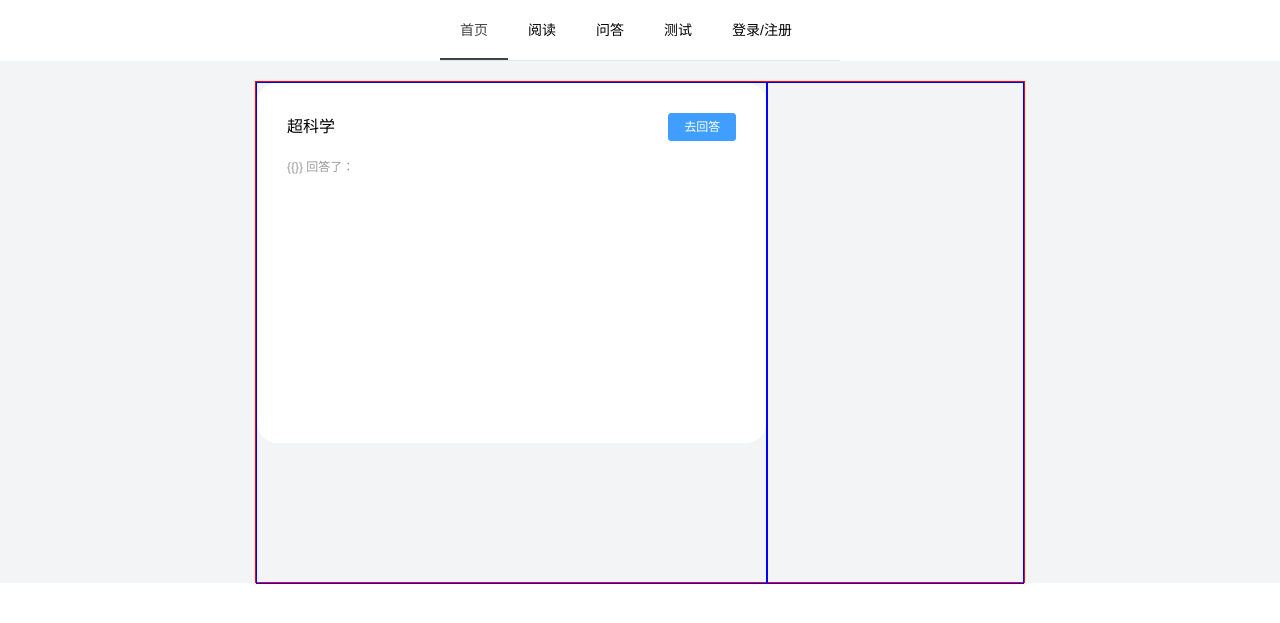
Repository: shengligo/xyx_vue_v1
Page: /qs
An editor plug-in stored every save of this project. The page is shown before and after the next save, followed by the edit.
The browser window is 1280 px wide. The pictures show the whole page.
The project was rebuilt for these pictures with package versions that can differ from the ones it lists, and the page was loaded fresh each time. Also part of the build but not shown: vue.config.js, src/views/home/childComps/Art.vue, src/views/author/authors.vue.

Above is the page before, as saved 2021-09-04 16:12:19.

### public/index.html
<!DOCTYPE html>
<html lang="">
  <head>
    <meta charset="utf-8">
    <meta http-equiv="X-UA-Compatible" content="IE=edge">
    <meta name="viewport" content="width=device-width,initial-scale=1.0">
    <link rel="icon" href="<%= BASE_URL %>favicon.ico">
    <title>project0000001</title>
  </head>
  <body>
    <noscript>
      <strong>We're sorry but <%= htmlWebpackPlugin.options.title %> doesn't work properly without JavaScript enabled. Please enable it to continue.</strong>
    </noscript>
    <div id="app"></div>
    <!-- built files will be auto injected -->
  </body>
</html>

### src/main.js
import Vue from 'vue'
import App from './App.vue'
import router from './router'
import store from './store'
import 'element-ui/lib/theme-chalk/index.css';
import axios from "axios";
axios.defaults.baseURL = "/api"; // http://10.1.2.85:8091/essay
axios.defaults.headers.common["Content-Type"] ="application/json;charset=UTF-8";
axios.defaults.withCredentials = true // 表示跨域请求时是否需要使用凭证
Vue.prototype.$ajax = axios;
import ElementUI from 'element-ui'

Vue.config.productionTip = false
Vue.use(ElementUI)

new Vue({
  router,
  store,
  render: h => h(App)
}).$mount('#app')

### src/App.vue
<template>
  <div id="app">
    <nav-bar ></nav-bar>
    <!-- <carousel></carousel> -->
    <!-- <art></art> -->


    <router-view></router-view>

  </div>
</template>
<script>

import NavBar from './components/common/NavBar'
import Art from '@/views/home/childComps/Art'
// import Carousel from '@/components/common/Carousel'


export default {
  name: "app",
  components:{
    NavBar,
    Art,




  }
};
</script>



<style>
@import url('assets/css/normalize.css');
#app{
  font-family: "Helvetica Neue",Helvetica,"PingFang SC","Hiragino Sans GB","Microsoft YaHei","微软雅黑",Arial,sans-serif;
}



</style>

### src/router/index.js

import Vue from 'vue'
import VueRouter from 'vue-router'
import Auther from '../views/author/authors.vue'

const Home = () => import('../views/home/Home')

const Question = () => import('../views/questions/Question')
const Read = () => import('../views/read/Read')
const Test = () => import('../views/testing/Test')
const Login = () => import('../components/common/login/Login')
const originalPush = VueRouter.prototype.push

VueRouter.prototype.push = function push(location) {
  return originalPush.call(this, location).catch(err => err)
}
// fksdljfkjdsjflsdjlfja
Vue.use(VueRouter)

const routes = [
  {
    path: '/',
    name: 'Home',
    component: Home
  },
  {
    path: '/auther',
    component: Auther
  },
  // {
  //   path: '/home',
  //   name: 'Home',
  //   component: Home
  // },

  {
    path:'/qs',
    name:'Qs',
    component:Question
  },
  {
    path:'/read',
    name:'Read',
    component:Read
  },
  {
    path:'/test',
    name:'Test',
    component:Test
  },
  {
    path:'/login',
    name:'Login',
    component:Login
  }
]

const router = new VueRouter({
  mode: 'history',
  base: process.env.BASE_URL,
  routes
})

export default router

### src/store/index.js
import Vue from 'vue'
import Vuex from 'vuex'

Vue.use(Vuex)

export default new Vuex.Store({
  state: {
    activeIndex:'1',
    baceUrl: 'http://10.1.2.85:8091/'
  },
  mutations: {
    ChangeActive (state,index) {
      // console.log(state,index)
      state.activeIndex = index
    }
  },
  actions: {
  },
  modules: {
  }
})

### src/components/common/NavBar.vue
<template>
  <div>
     <div class="nav">

       <el-menu
          :default-active="$store.state.activeIndex"
          class="el-menu-demo"
          mode="horizontal"
          text-color="#000000"
          active-text-color="#444444"
        >
          <el-menu-item index="1" @click="itemclick">首页</el-menu-item>
          <el-menu-item index="2" @click="itemclick2">阅读</el-menu-item>
          <el-menu-item index="3" @click="itemclick3">问答</el-menu-item>
          <el-menu-item index="4" @click="itemclick4">测试</el-menu-item>
          <el-menu-item index="5" @click="itemclick5">登录/注册</el-menu-item>
        </el-menu>

     </div>

  </div>
</template>

<script>


export default {

  name: "navbar",
  data() {
    return {
    }
  },
  methods:{
    itemclick(){
      console.log('itemclick');
      this.$router.push("/")
    },
    itemclick2(){
      this.$router.push("/read")
    },
    itemclick3(){
      this.$router.push("./qs")
    },
    itemclick4(){
      this.$router.push('./test')
    },
    itemclick5(){
      this.$router.push('/login')
    }

  },

};
</script>

<style scoped>
.nav{

  margin: 0 auto;
  /* background-color: rgba(217, 221, 221, 0.918);
   */
   /* background-color: #5880A9; */
  padding: 0;


}
.nav>.el-menu{
  width: 400px;
  margin: 0 auto;
  /* background-color: rgba(217, 221, 221, 0.918); */
}

</style>

### src/views/questions/Question.vue
<template>
  <div id="question">
    <div class="bodyCenter">
      <div class="bodyright">
        <div v-for="(item,index) in results" :key="index" class="rightbox">

          <div>
            <div class="answerer">
              <span>{{item.answerer}}</span>
              <el-button type="primary" size="mini">去回答</el-button>
            </div>
            <div class="time">{{}} 回答了：</div>
          </div>
        </div>
      </div>
      <div class="bodyleft"></div>
    </div>
  </div>
</template>

<script>
export default {
  name: "question",
  data() {
    return {
      results: [
        {
          title: "心理变态怎么办？",
          quizzer: "花开富贵",
          quizContent: "心理超级变态是不是没救了",
          quizType: null,
          status: null,
          label: null,
          answerer: "超科学",
          answerContent:
            "心理变态不是病，只要你不傻逼就行心理变态不是病，只要你不傻逼就行心理变态不是病，只要你不傻逼就行心理变态不是病，只要你不傻逼就行心理变态不是病，只要你不傻逼就行心理变态不是病，只要你不傻逼就行心理变态不是病，只要你不傻逼就行心理变态不是病，只要你不傻逼就行心理变态不是病，只要你不傻逼就行",
          likePoint: 0
        }
      ]
    };
  }
};
</script>

<style scoped>
#question {
  width: 100%;
  height: 100%;
  padding-top: 20px;
  background-color: rgb(243, 244, 245);
}
.bodyCenter {
  width: 60%;
  height: 500px;
  margin: 0 auto;
  display: flex;
  border: 1px solid red;
}
.bodyright {
  border: 1px solid blue;
  /* width: 40%; */
  flex: 2;
  height: 500px;
}
.bodyleft {
  border: 1px solid blue;
  /* width: 20%; */
  flex: 1;
  height: 500px;
}
.rightbox {
  height: 300px;
  width: calc(100% - 60px);
  padding: 30px;
  border-radius: 20px;
  background-color: #fff;
}
.answerer {
  display: flex;
  justify-content: space-between;
  line-height: 28px;
}
.time {
  margin-top: 20px;
  font-size: 12px;
  color: #999;
}
</style>

Loaded but not shown: src/assets/css/normalize.css (library)

After the next save:
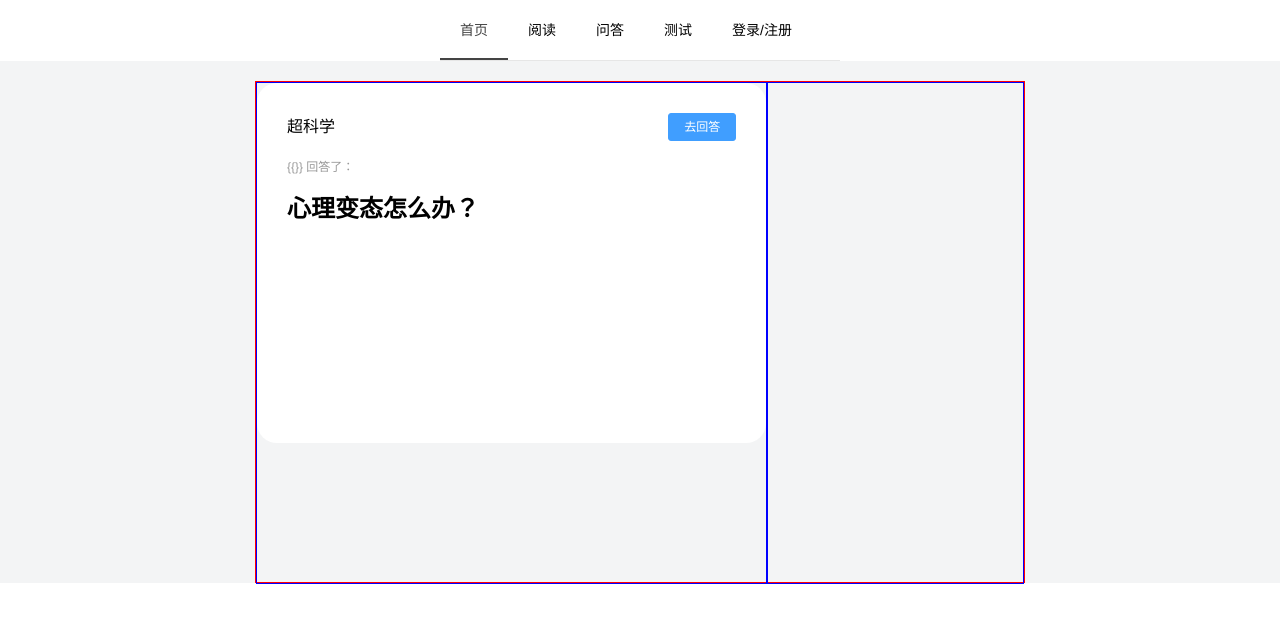
Saved 31 s later.
--- a/src/views/questions/Question.vue
+++ b/src/views/questions/Question.vue
@@ -10,6 +10,7 @@
               <el-button type="primary" size="mini">去回答</el-button>
             </div>
             <div class="time">{{}} 回答了：</div>
+            <h2>{{item.title}}</h2>
           </div>
         </div>
       </div>
